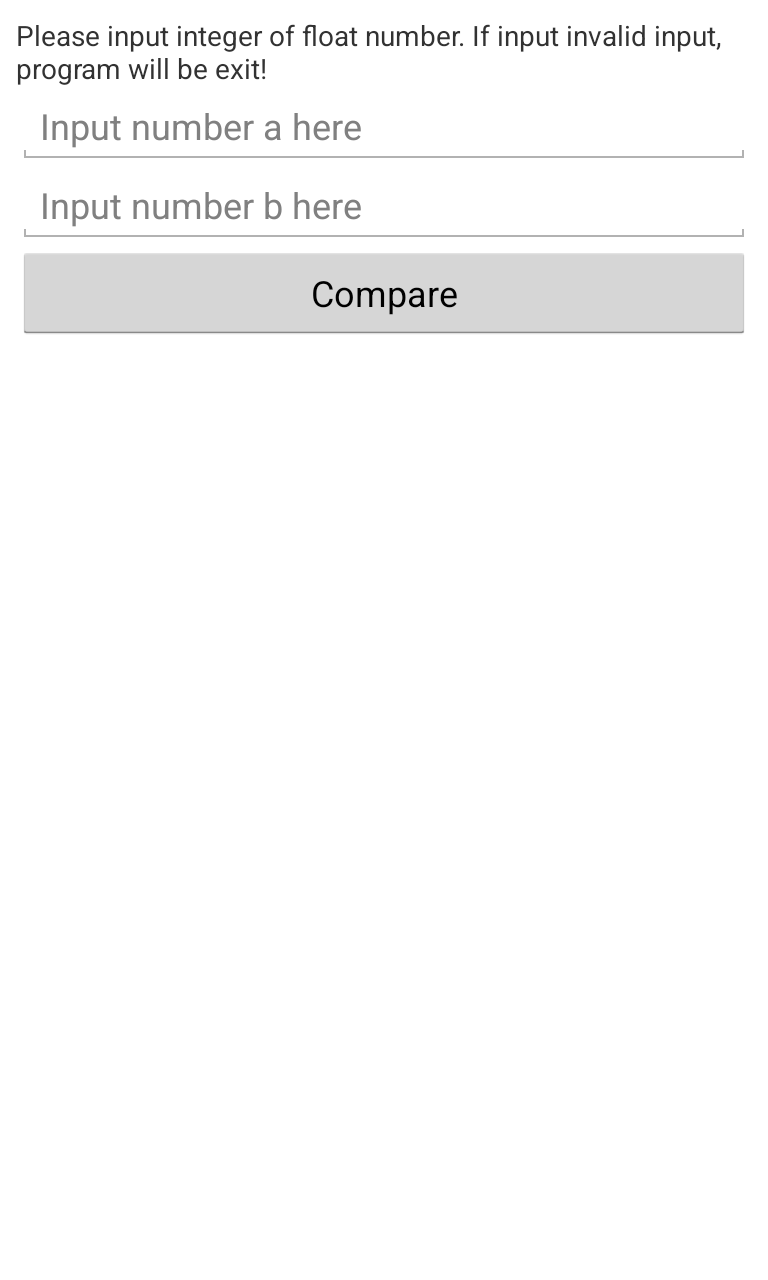
Repository: LightWay152/Lesson2_If_Switch
Layout: Min2Number/res/layout/activity_main.xml
The author's editor kept a copy of each file at every save. The layout is drawn from the files as they stood at one save, then again after the next save.
It is drawn on a 768 x 1280 px phone screen (xhdpi) without system bars, with theme AppTheme; the app's code is not run.

Above is the layout before, as saved 2017-01-01 13:43:13.

After the next save:
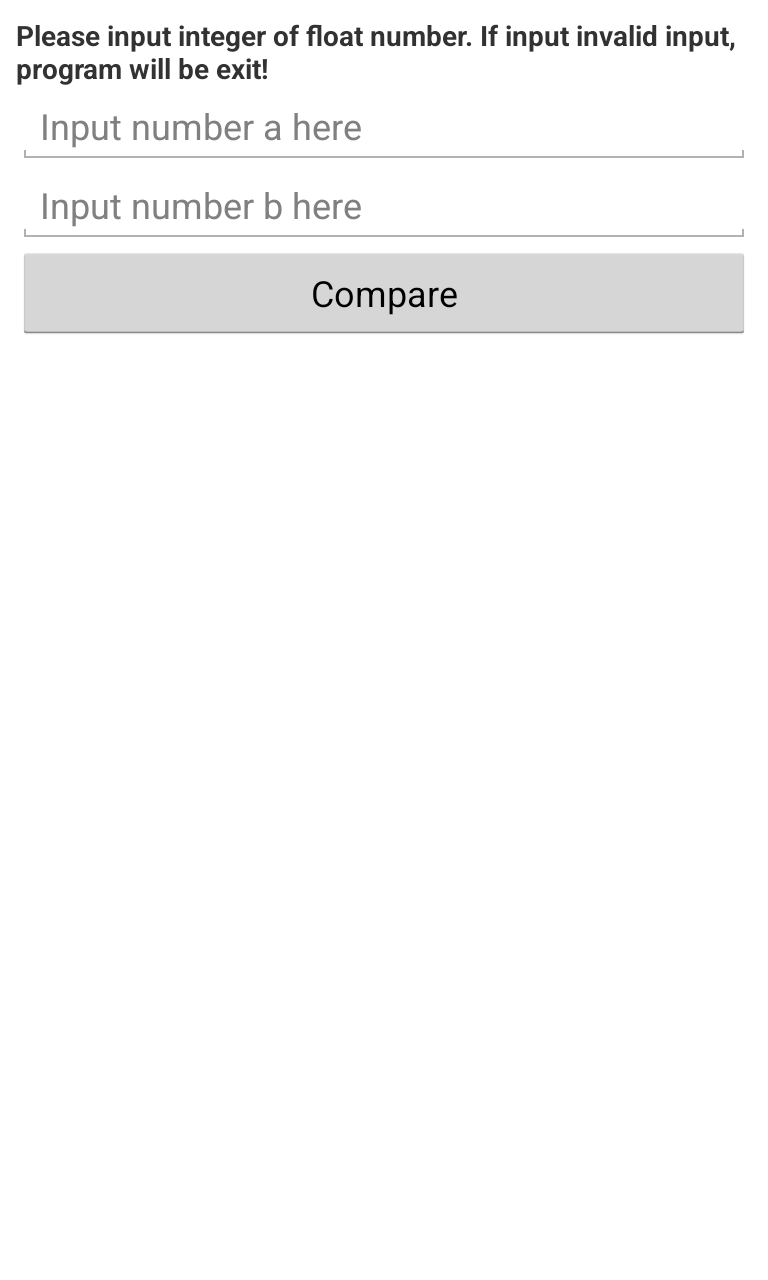
Saved 13 s later.
--- a/Min2Number/res/layout/activity_main.xml
+++ b/Min2Number/res/layout/activity_main.xml
@@ -9,6 +9,7 @@
     <TextView
         android:layout_width="match_parent"
         android:layout_height="wrap_content"
+        android:textStyle="bold"
         android:text="@string/input_note"/>
     <EditText
         android:id="@+id/edtNumberA"
